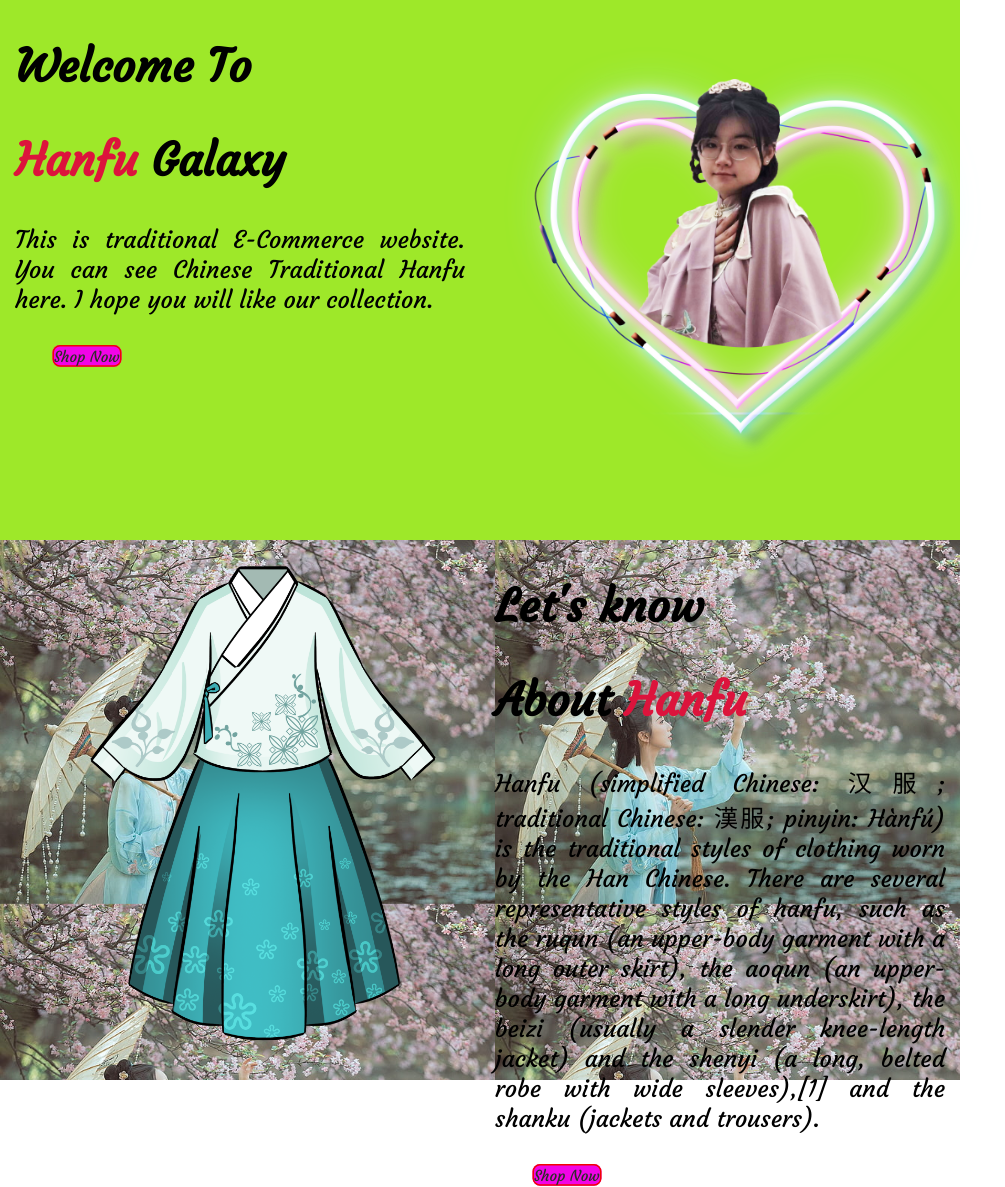
Repository: ramizraaz/E-Commerce
Page: index.html
These files come from the project's save history. The page is drawn as it stood at one moment and after the next save; the edit follows.
The browser window is 1280 px wide. The page is 1340 px wide, so the pictures cover 1340 px, including what lies to the right of the window. The pictures show the whole page, at 75% of full size.

Above is the page before, as saved 2022-02-06 21:29:17.

### index.html
<!DOCTYPE html>
<html lang="en">

<head>
    <meta charset="UTF-8">
    <meta http-equiv="X-UA-Compatible" content="IE=edge">
    <meta name="viewport" content="width=device-width, initial-scale=1.0">
    <title>Document</title>
    <link rel="stylesheet" href="main.css">
</head>

<body>
    <section class="top">
        <div class="container">
            <h1>Welcome To </h1>
            <h1><span> Hanfu </span>Galaxy</h1>
            <p>This is traditional E-Commerce website. You can see Chinese Traditional Hanfu here. I hope you will like our collection.
            </p>
            <a href="index.html">Shop Now</a>
        </div>
        <div class="container">
            <img src="images/bg-1.png" alt="showart">
        </div>
    </section>
    <section class="mid">
        <div class="container">
            <img src="images/bg-2.png" alt="showart">
        </div>
        <div class="container">
            <h1>Let's know </h1>
            <h1>About<span> Hanfu </span></h1>
            <p>Hanfu (simplified Chinese: 汉服; traditional Chinese: 漢服; pinyin: Hànfú) is the traditional styles of clothing worn by the Han Chinese. There are several representative styles of hanfu, such as the ruqun (an upper-body garment with a long outer
                skirt), the aoqun (an upper-body garment with a long underskirt), the beizi (usually a slender knee-length jacket) and the shenyi (a long, belted robe with wide sleeves),[1] and the shanku (jackets and trousers).
            </p>
            <a href="index.html">Shop Now</a>
        </div>
    </section>
</body>

</html>

### main.css
@import url('https://fonts.googleapis.com/css2?family=Courgette&display=swap');
body {
    font-family: 'Courgette', cursive;
    margin: 0;
    font-size: 2rem;
}

h1 {
    font-size: 60px;
}

p {
    text-align: justify;
}

span {
    color: crimson;
}

img {
    width: 700px;
}

a {
    text-decoration: none;
    border: 2px solid #f10404;
    border-radius: 10px;
    font-size: 20px;
    margin-left: 50px;
    background-color: #f104e6;
    color: rgb(44, 44, 41);
}

.top {
    display: flex;
    background-color: #93e60fe3;
    height: 100vh;
}

.container {
    width: 50%;
    padding-left: 20px;
}

.mid {
    display: flex;
}

.mid .container {
    padding: 0px 20px 0px 0px;
    background-image: url(./images/mid-bg.jpg);
    height: 100vh;
}

After the next save:
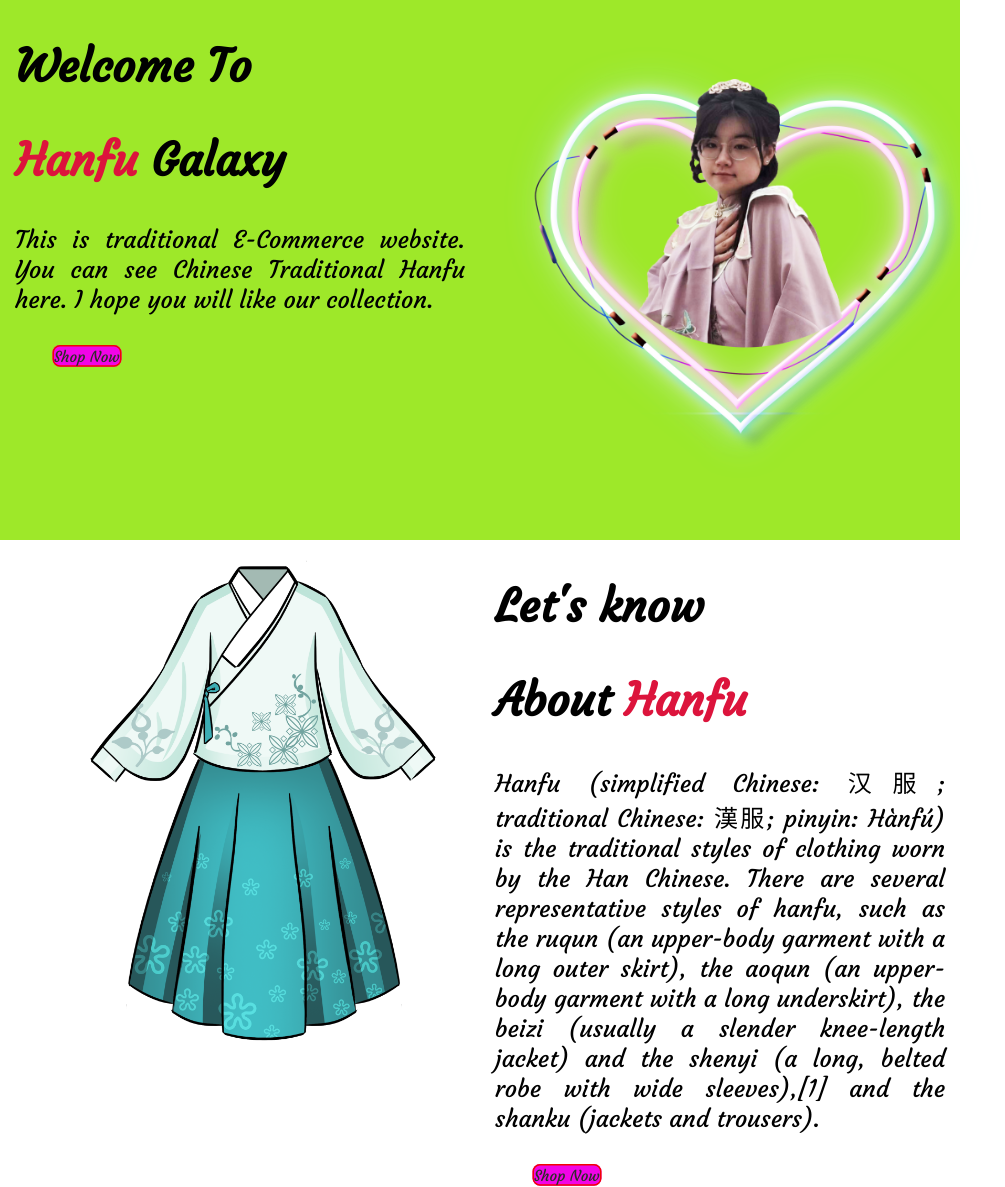
Saved 33 s later.
--- a/main.css
+++ b/main.css
@@ -44,10 +44,9 @@ a {
 
 .mid {
     display: flex;
+    height: 100vh;
 }
 
 .mid .container {
     padding: 0px 20px 0px 0px;
-    background-image: url(./images/mid-bg.jpg);
-    height: 100vh;
 }
